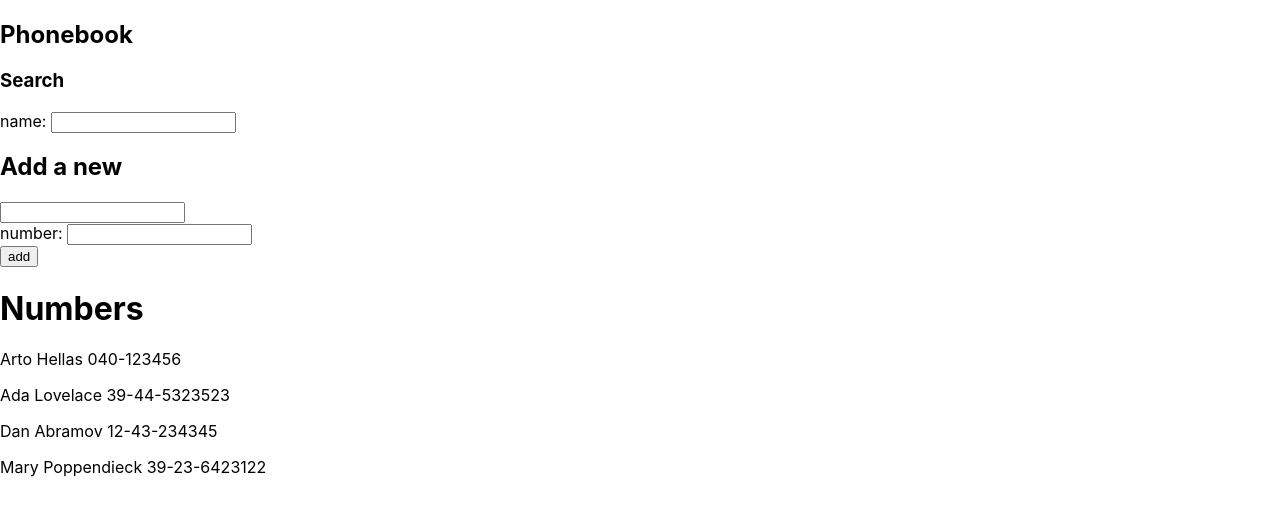
Repository: 0101chaitanya/phonebook-front
Page: /
These files come from the project's save history. The page is drawn as it stood at one moment and after the next save; the edit follows.
The browser window is 1280 px wide. The pictures show the whole page.
The project was rebuilt for these pictures with package versions that can differ from the ones it lists, and the page was loaded fresh each time.

Above is the page before, as saved 2021-09-19 18:03:25.

After the next save:
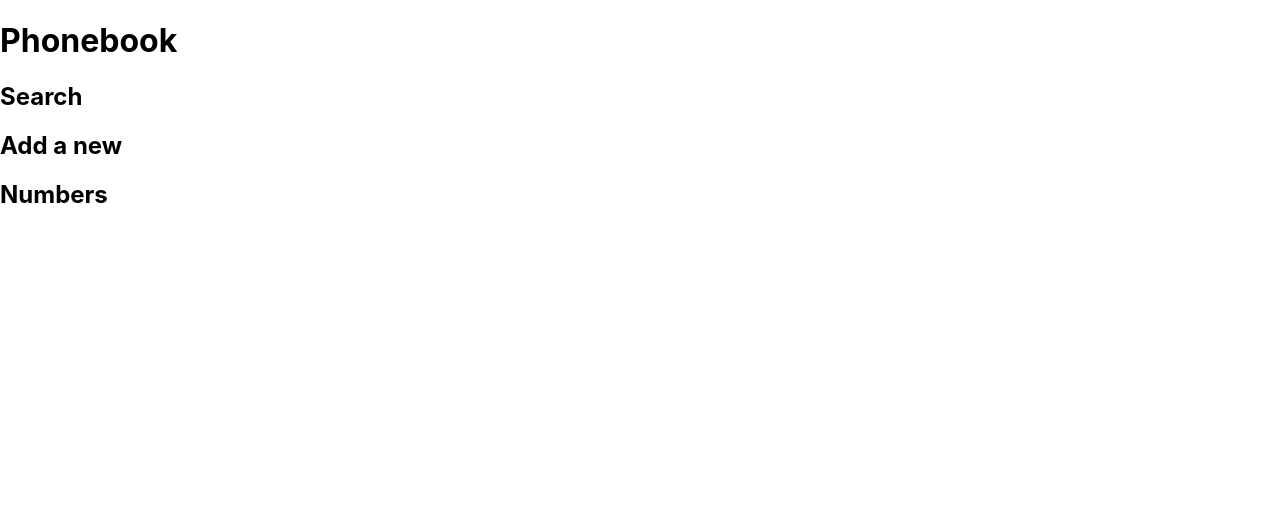
Saved 31 s later.
--- a/src/App.jsx
+++ b/src/App.jsx
@@ -41,60 +41,11 @@ const App = () => {
   };
   return (
     <div>
-      <h2>Phonebook</h2>
-      <h3>Search</h3>
-      <div>
-        name: <input value={search} onChange={handleSearch} name="name" />
-      </div>
-      <p>
-        {persons.some(
-          (person) => person.name.toLowerCase() === search.toLowerCase()
-        )
-          ? (() => {
-              let person = persons.find(
-                (person) => person.name.toLowerCase() === search.toLowerCase()
-              );
-              return (
-                <span>
-                  {person.name} {person.number}
-                </span>
-              );
-            })()
-          : false}
-      </p>
-      <form onSubmit={handleSubmit}>
-        <h2>Add a new</h2>
-        <div>
-          <input
-            required
-            value={state.name}
-            onChange={handleChange}
-            name="name"
-          />
-        </div>
-        <div>
-          number:{" "}
-          <input
-            required
-            value={state.number}
-            onChange={handleChange}
-            name="number"
-          />
-        </div>
-        <div>
-          <button type="submit">add</button>
-        </div>
-      </form>
-      <h1>Numbers</h1>
-      <div>
-        {persons.map((person) => {
-          return (
-            <p key={person.name}>
-              {person.name} {person.number}
-            </p>
-          );
-        })}
-      </div>
+      <h1>Phonebook</h1>
+      <h2>Search</h2>
+
+      <h2>Add a new</h2>
+      <h2>Numbers</h2>
     </div>
   );
 };
